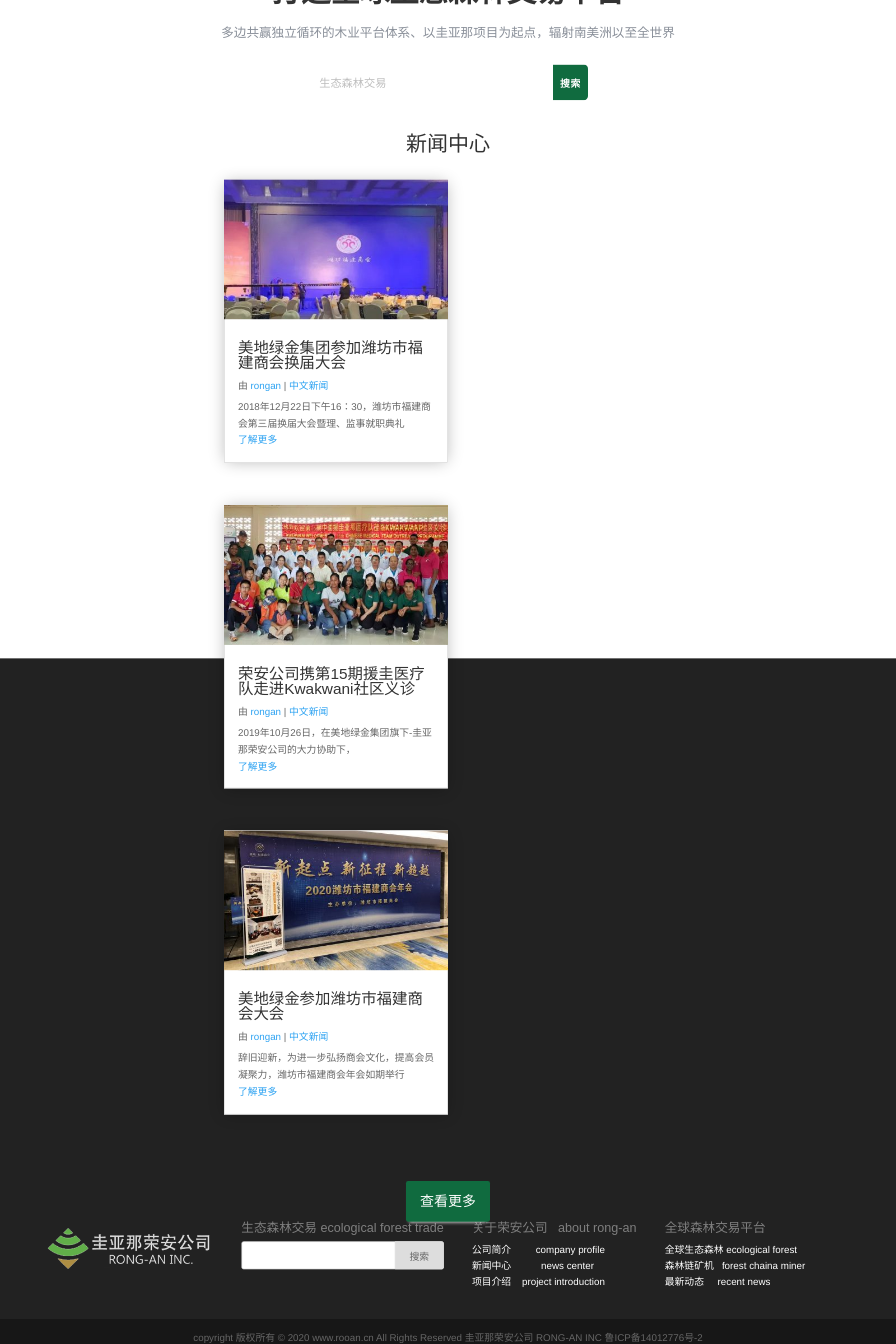
Repository: wfj01/guanwang
Page: /
The author's editor kept a copy of each file at every save. The page is drawn from the files as they stood at one save, then again after the next save.
The browser window is 1280 px wide. The pictures show the part of the page from y = 2296 to 4216 px (the page is 4234 px tall before and 3499 px after), at 70% of full size.
The project was rebuilt for these pictures with package versions that can differ from the ones it lists, and the page was loaded fresh each time. Also part of the build but not shown: src/view/guanyu/guanyu.vue, src/view/gyn/gyn.vue, src/view/xiangmu/xiangmu.vue, src/view/news/news.vue, src/view/jiaoyi/jiaoyi.vue, src/view/lianxi/lianxi.vue, src/view/news/detail.vue, src/components/m/guanyu/mguanyu.vue and 5 more.

Above is the page before, as saved 2021-01-08 11:09:58.

After the next save:
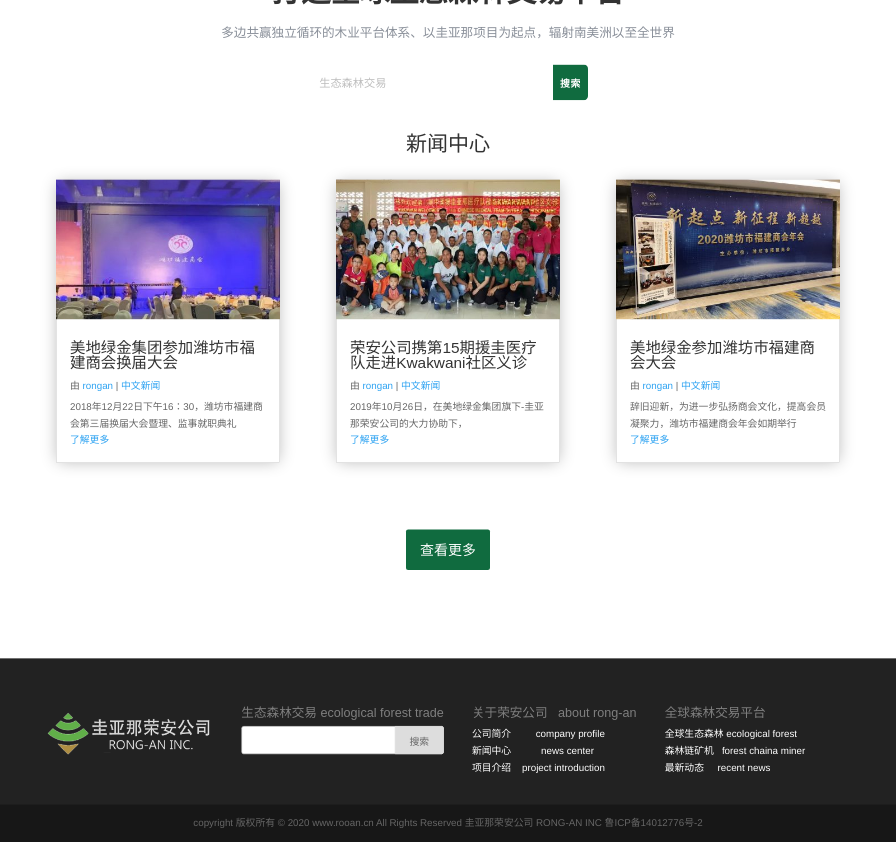
Saved 3 min 12 s later.
--- a/src/components/pc/index.vue
+++ b/src/components/pc/index.vue
@@ -259,8 +259,8 @@
 														<div class="et_pb_blog_grid clearfix ">
 
 
-															<div class="et_pb_ajax_pagination_container" style="display: flex;justify-content: space-evenly;">
-																<div class="et_pb_salvattore_content" data-columns>
+															<div class="et_pb_ajax_pagination_container" >
+																<div class="et_pb_salvattore_content" data-columns style="display: flex;justify-content: space-evenly;">
 																	<article id="post-65" style="width: 320px;" class="et_pb_post clearfix et_pb_has_overlay et_pb_blog_item_0_0 post-65 post type-post status-publish format-standard has-post-thumbnail hentry category-12">
 
 																		<div class="et_pb_image_container"><a href="./html/newslist.html" class="entry-featured-image-url"><img
